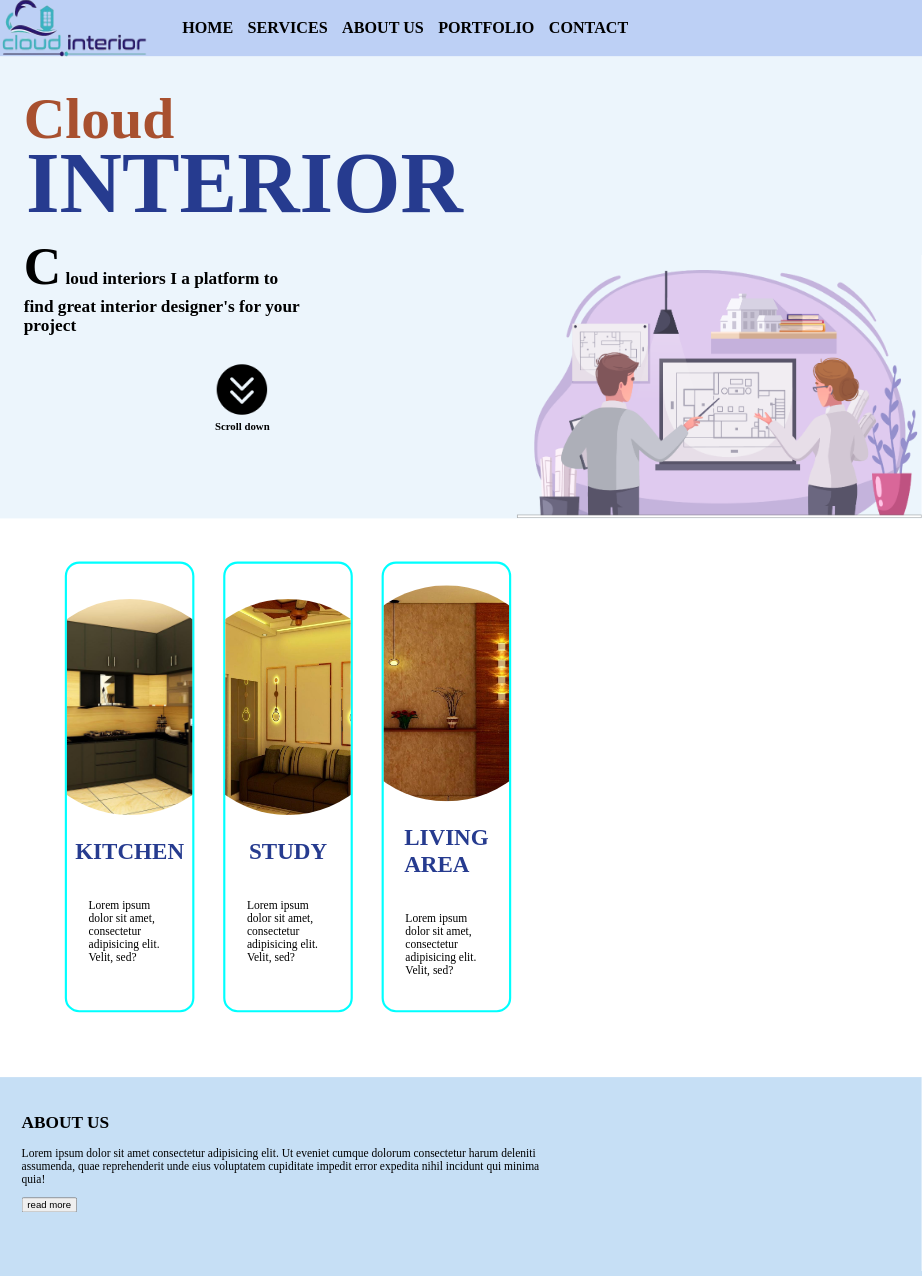
Repository: Ganavid/ganavidgowda.github.io
Page: cloud interior/‌index.html
An editor plug-in stored every save of this project. The page is shown before and after a run of saves, followed by the edit.
The browser window is 1280 px wide. The pictures show the whole page, at 72% of full size.

Above is the page before, as saved 2023-03-04 03:11:05.

After the next 3 saves:
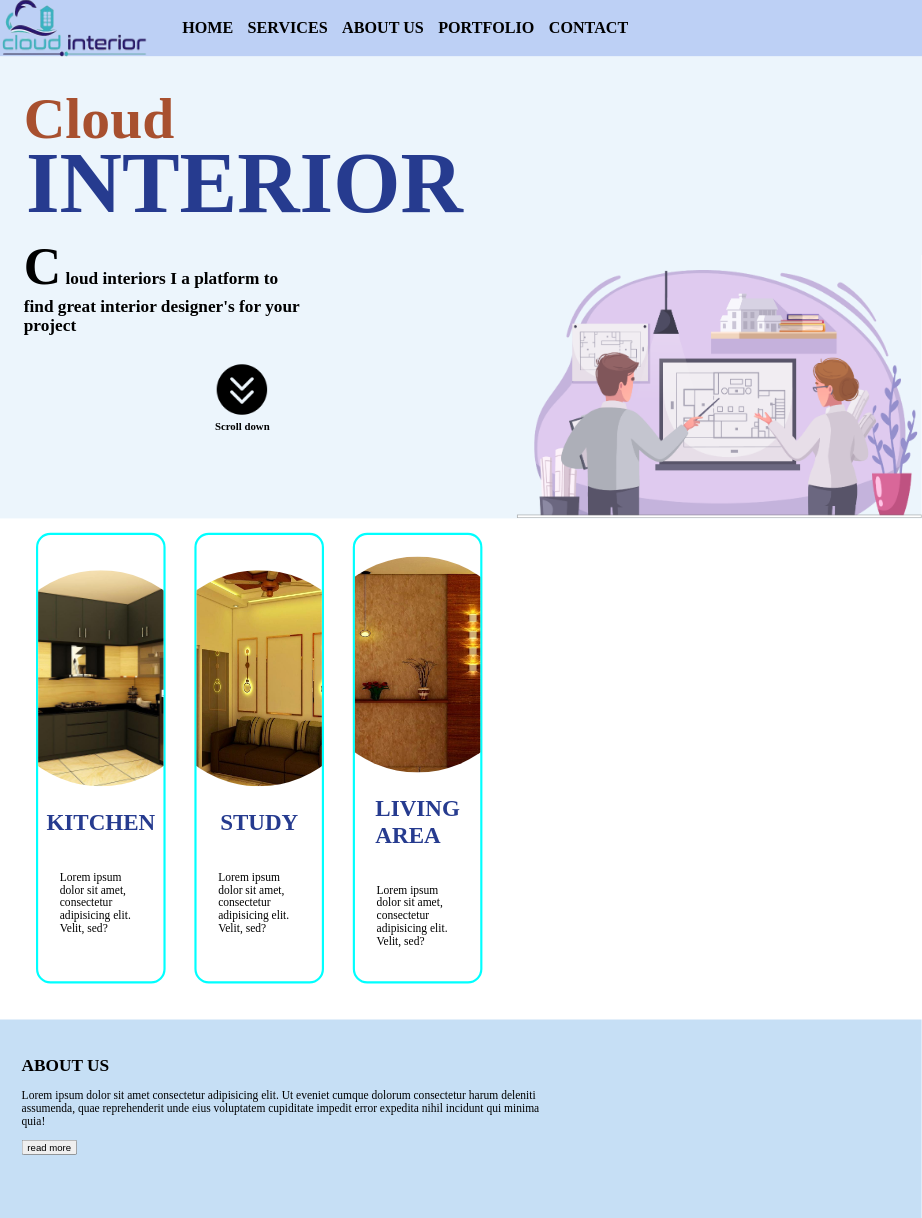
The 3 saves are shown as one change because they came seconds apart.
The last was saved 9 s later.
--- a/cloud interior/interial.css
+++ b/cloud interior/interial.css
@@ -145,8 +145,8 @@ nav{
 
 #ser{
     /* border: solid aquamarine; */
-    margin: 20px;
-    padding: 20px;
+    margin: 0px;
+    padding: 0px;
     width: 100vh;
     justify-content: space-around;
 
